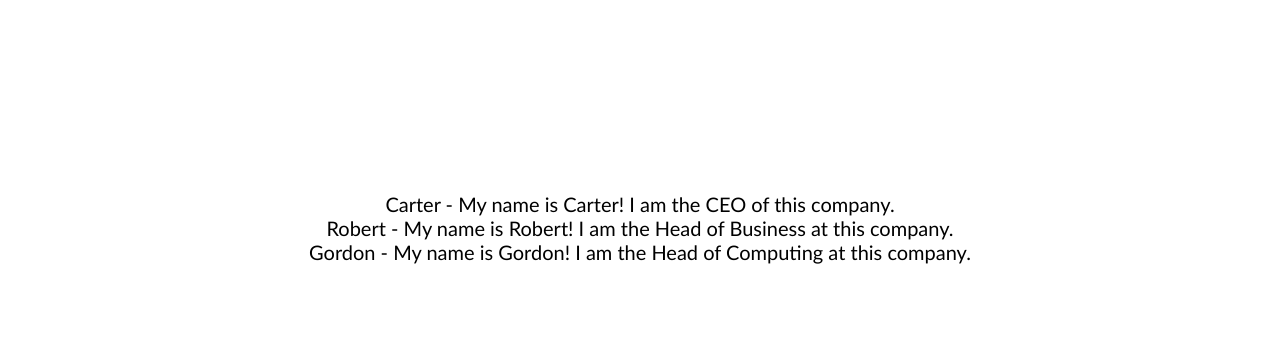
Repository: cartervandekamp/class03-styled-2109
Page: /about
An editor plug-in stored every save of this project. The page is shown before and after the next save, followed by the edit.
The browser window is 1280 px wide. The pictures show the whole page.
The project was rebuilt for these pictures with package versions that can differ from the ones it lists, and the page was loaded fresh each time. The framework's server and built-in components were replaced by stand-ins that run in the browser. Also part of the build but not shown: next.config.js.

Above is the page before, as saved 2023-01-24 17:13:28.

### pages/about.js

import styles from "../styles/About.module.css";
import { useState } from "react";
import data from "../data/ourTeam.json";
import Text from "../components/Text/index";
import Link from "next/link";


export default function About() {
    const [information, setInformation] = useState([...data]);


        return (

    <div className={styles.main}>
            <div className={styles.title}>
        <>About Our Team</>
        </div>

        <div className={styles.names}>
        {information &&
          information.map((info, index) => {
            if (info.role.toLowerCase() === "team member") {
              return <Text key={index} name={info.name} />;
            }
          })}
        </div>
    </div>
    )
}

### styles/globals.css
html,
body {
  padding: 0;
  margin: 0;
  font-family: 'Gill Sans', 'Gill Sans MT', Calibri, 'Trebuchet MS', sans-serif;
}

a {
  color: inherit;
  text-decoration: none;
}

* {
  box-sizing: border-box;
}

@media (prefers-color-scheme: dark) {
  html {
    color-scheme: dark;
  }
  body {
    color: white;
    background: rgb(246, 141, 141);
  }
}

### styles/About.module.css
.title {
    color: #ffffff;
    text-align: center;
    font-style: oblique;
    font-weight: bolder;
    font-size: 60px;
    margin-top: 20px;
}

.names {
    text-align: center;
    font-size: 20px;
    padding: 100px;

}

### data/ourTeam.json
[
    {
        "name": "Carter - My name is Carter! I am the CEO of this company.",
        "role": "Team Member"
    },

    {
        "name": "Robert - My name is Robert! I am the Head of Business at this company.",
        "role": "Team Member"
    },

    {
        "name": "Gordon - My name is Gordon! I am the Head of Computing at this company.",
        "role": "Team Member"
    }
]

### components/Text/index.js
import styles from "./Text.module.css";

export default function Text ({ name = "none" }) {
    return (
        <div className={styles.main}>
          <div className={styles.data}>{name}</div>
        </div>
      );
    }

Loaded but not shown: pages/_app.js (common file); components/Text/Text.module.css (no stored copy; drawn as an empty file)

After the next save:
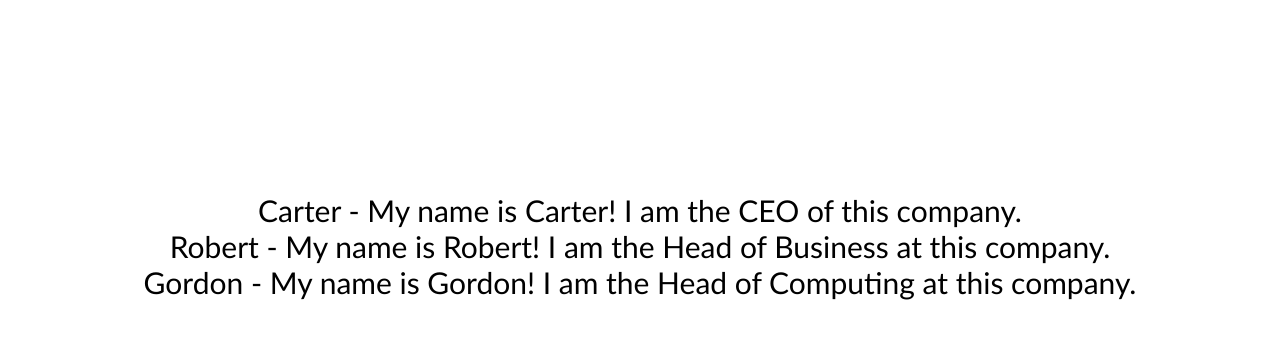
Saved 4 s later.
--- a/styles/About.module.css
+++ b/styles/About.module.css
@@ -9,7 +9,7 @@
 
 .names {
     text-align: center;
-    font-size: 20px;
+    font-size: 30px;
     padding: 100px;
 
 }
